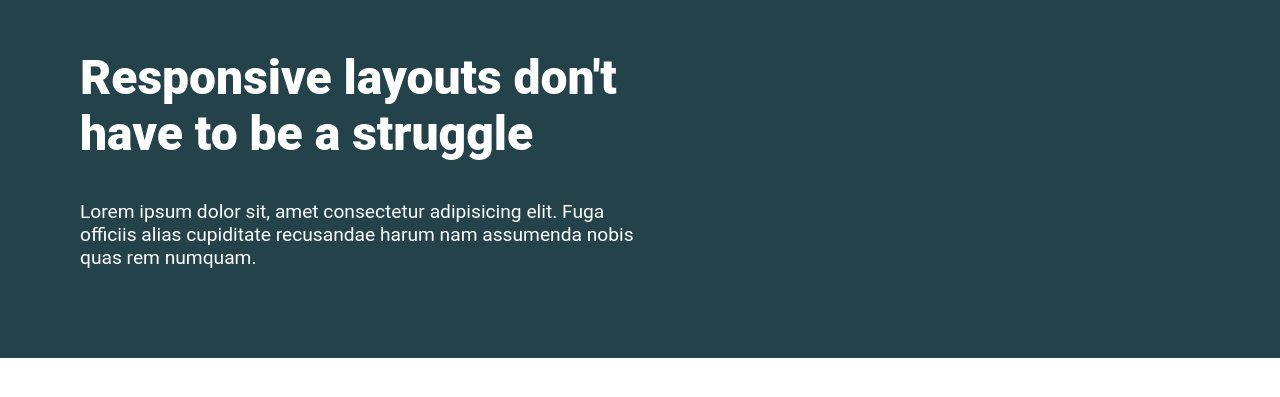
Repository: GregG21/Kevin-Powell-21-day-challange
Page: Day 5/index.html
The author's editor kept a copy of each file at every save. The page is drawn from the files as they stood at one save, then again after the next save.
The browser window is 1280 px wide. The pictures show the whole page.
The style sheet was rebuilt from its Sass, Less or Tailwind sources for each picture, by a compiler version that may differ from the author's.

Above is the page before, as saved 2020-09-09 18:33:04.

### Day 5/index.html
<!DOCTYPE html>
<html lang="en">
<head>
    <meta charset="UTF-8">
    <meta name="viewport" content="width=device-width, initial-scale=1.0">
    <title>Document</title>
    <link rel="stylesheet" href="/css/style.css">
</head>
<body>
    <div class="container">
        <div class="hero">
        <h1>Responsive layouts don't have to be a struggle</h1>
        <p>Lorem ipsum dolor sit, amet consectetur adipisicing elit. Fuga officiis alias cupiditate recusandae harum nam assumenda nobis quas rem numquam.</p>
    </div>
    </div>
</body>
</html>

### Day 5/style.scss
* {
    box-sizing: border-box;
    margin: 0;
    padding: 0;
}
h1,p {
    font-family: Roboto;
}


.container {
    background-color: #23424A;
    padding: 50px 5em;
}

.hero {
    width: 50%;

    h1{
        color: white;
        font-style: normal;
        font-weight: 900;
        font-size: 48px;
        line-height: 56px;

    }
    p{
        padding: 2em 0;
        color: white;
        font-size: 1.2rem;
    }



}

After the next save:
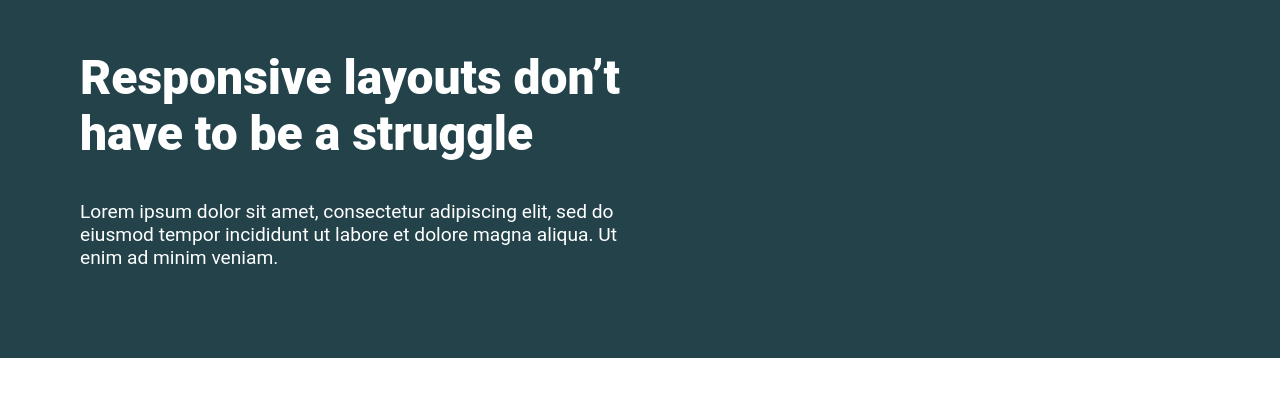
Saved 48 s later.
--- a/Day 5/index.html
+++ b/Day 5/index.html
@@ -9,9 +9,14 @@
 <body>
     <div class="container">
         <div class="hero">
-        <h1>Responsive layouts don't have to be a struggle</h1>
-        <p>Lorem ipsum dolor sit, amet consectetur adipisicing elit. Fuga officiis alias cupiditate recusandae harum nam assumenda nobis quas rem numquam.</p>
+        <h1>Responsive layouts don’t have to be a struggle</h1>
+        <p>Lorem ipsum dolor sit amet, consectetur adipiscing elit, sed do eiusmod tempor incididunt ut labore et dolore magna aliqua. Ut enim ad minim veniam.</p>
     </div>
     </div>
+
+
+
+
+
 </body>
 </html>
